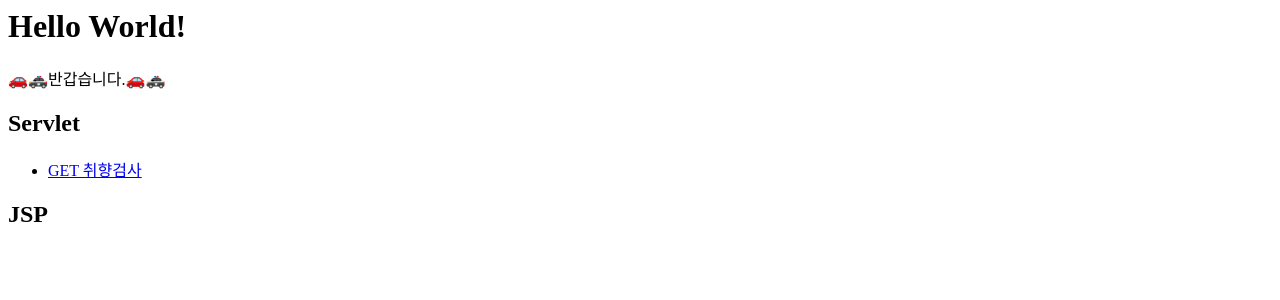
Repository: chayushin/web_server_workspace
Page: http://localhost/hello-web/
The author's editor kept a copy of each file at every save. The page is drawn from the files as they stood at one save, then again after the next save.
The browser window is 1280 px wide. The pictures show the whole page.
The page is served by Tomcat 9.

Above is the page before, as saved 2023-12-06 05:16:04.

After the next save:
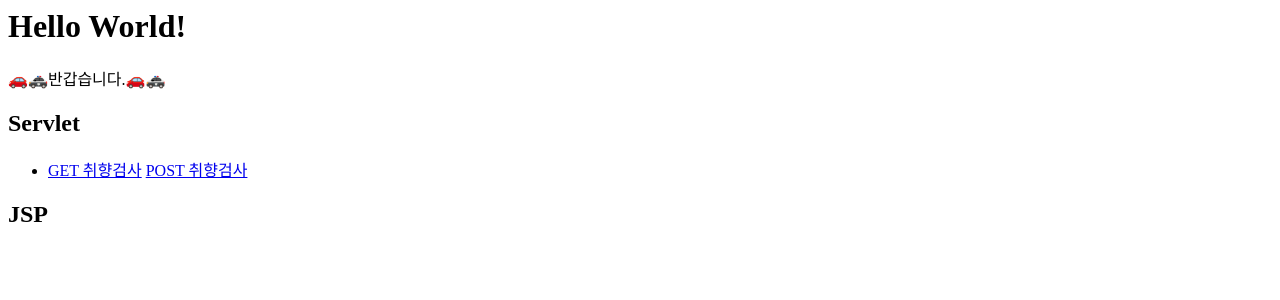
Saved 4 min 23 s later.
--- a/hello-web/src/main/webapp/index.jsp
+++ b/hello-web/src/main/webapp/index.jsp
@@ -14,6 +14,7 @@
 		<li>
 			<!-- 서버 절대주소 요청시 /hello-web context-path(앱이름)를 반드시 포함해야 한다. -->
 			<a href="/hello-web/servlet/01_testPerson.html">GET 취향검사</a>
+			<a href="/hello-web/servlet/02_testPerson.html">POST 취향검사</a>
 		</li>
 	</ul>
 
